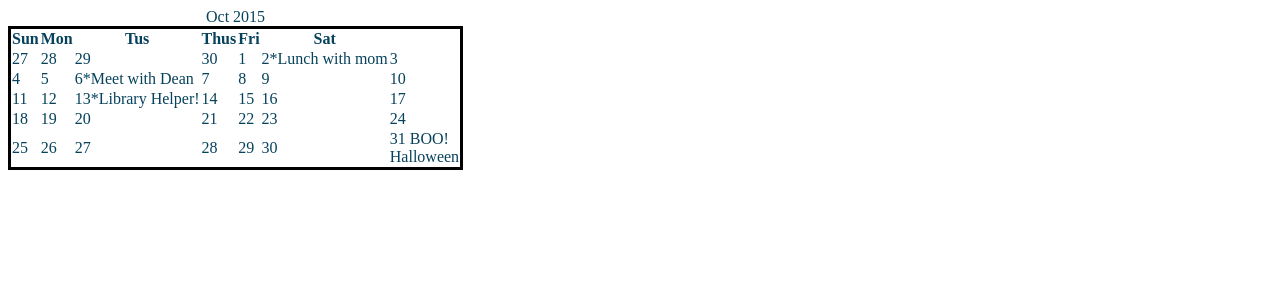
Repository: Tram-anh99/Blockchain_Funix
Page: CSS/lich.html
The author's editor kept a copy of each file at every save. The page is drawn from the files as they stood at one save, then again after the next save.
The browser window is 1280 px wide. The pictures show the whole page.

Above is the page before, as saved 2023-02-28 01:31:10.

### CSS/lich.html
<!DOCTYPE html>
<html lang="en">
<head>
      <meta charset="UTF-8">
      <meta http-equiv="X-UA-Compatible" content="IE=edge">
      <meta name="viewport" content="width=device-width, initial-scale=1.0">
      <title>Calendar Table</title>
      <link rel="stylesheet" href="lich.css">
</head>
<body>
      <table class="cal"><caption>
            Oct 2015
      </caption>
      <!-- in đậm dòng -->
<thead>
      <!-- Dòng -->
      <tr>
            <th>Sun</th>
            <th>Mon</th>
            <th>Tus</th>
            <th>Thus</th>
            <th>Fri</th>
            <th>Sat</th>
      </tr>
</thead>
<!-- Phần thân -->
<tbody>
      <!-- Dòng -->
      <tr>
            <td class="old">27</td>
            <td class="old">28</td>
            <td class="old">29</td>
            <td class="old">30</td>
            <td>1</td>
            <td>2*<span>Lunch with mom</span></td>
            <td>3</td>
      </tr>
      <tr>
            <td>4</td>
            <td>5</td>
            <td>6*<span>Meet with Dean</span></td>
            <td>7</td>
            <td>8</td>
            <td>9</td>
            <td>10</td>
      </tr>
      <tr>
            <td>11</td>
            <td>12</td>
            <td>13*<span>Library Helper!</span></td>
            <td>14</td>
            <td>15</td>
            <td>16</td>
            <td>17</td>
      </tr>
      <tr>
            <td>18</td>
            <td>19</td>
            <td>20</td>
            <td>21</td>
            <td>22</td>
            <td>23</td>
            <td>24</td>
      </tr>
      <tr>
            <td>25</td>
            <td>26</td>
            <td>27</td>
            <td>28</td>
            <td>29</td>
            <td>30</td>
            <td class="holiday">31 <span>BOO! <br/>Halloween
            </span></td>
      </tr>
</tbody>
</table>
</body>
</html>

### CSS/lich.css
.cal {
      color: #06425C;
      border-spacing: 0;
      border: 3px solid black;
}

After the next save:
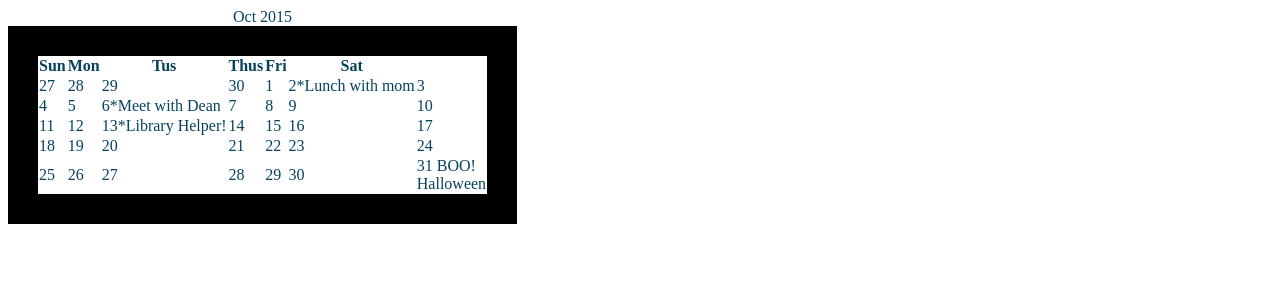
Saved 16 s later.
--- a/CSS/lich.css
+++ b/CSS/lich.css
@@ -1,5 +1,5 @@
 .cal {
       color: #06425C;
       border-spacing: 0;
-      border: 3px solid black;
+      border: 30px solid black;
 }
